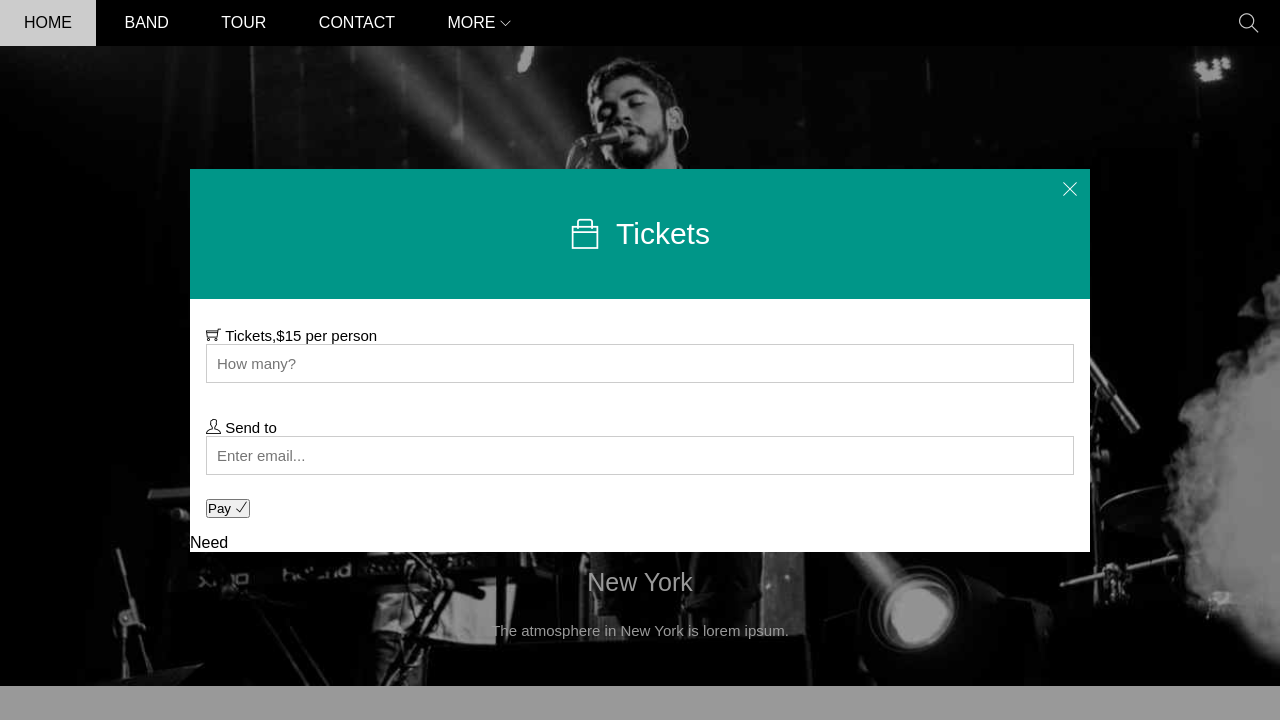
Repository: BrandonTuan777/The_Band
Page: index.html
These files come from the project's save history. The page is drawn as it stood at one moment and after the next save; the edit follows.
The browser window is 1280 px wide. The pictures show the window.
A layer covers the whole window, so only the first screen is drawn.

Above is the page before, as saved 2022-04-17 21:36:58.

After the next save:
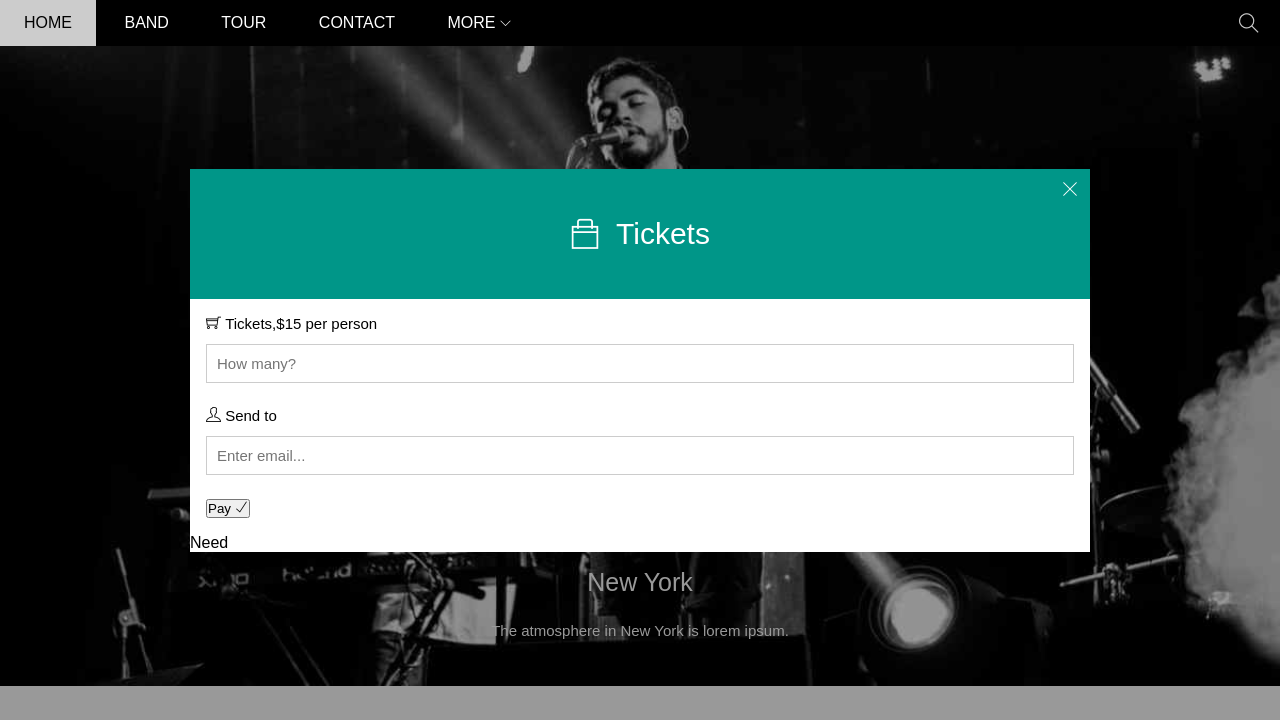
Saved 8 s later.
--- a/assets/css/styles.css
+++ b/assets/css/styles.css
@@ -444,7 +444,7 @@ header.modal-header {
 .modal-label {
   display: block;
   font-size: 15px;
-  margin-top: 12px;
+  margin-bottom: 12px;
 }
 
 .modal-input {
